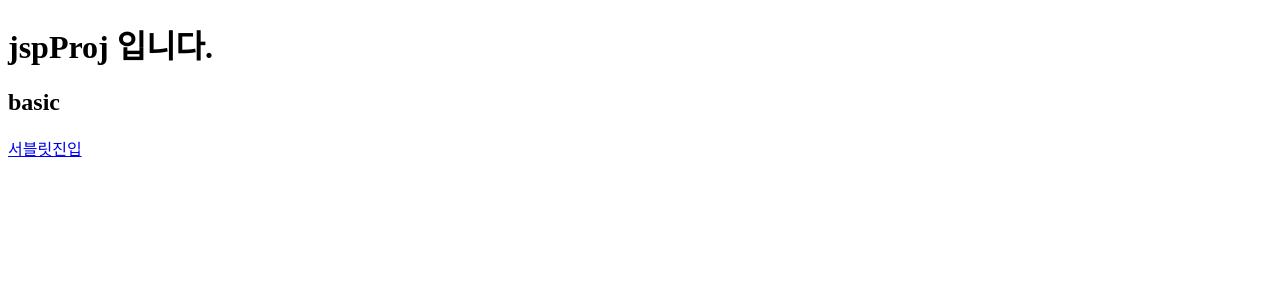
Repository: eunburi/java_work
Page: http://localhost/jspProj/
An editor plug-in stored every save of this project. The page is shown before and after the next save, followed by the edit.
The browser window is 1280 px wide. The pictures show the whole page.
The page is served by Tomcat 9. Other server files are loaded and not shown.

Above is the page before, as saved 2023-07-25 03:33:12.

### jspProj/src/main/webapp/index.jsp
<%@ page language="java" contentType="text/html; charset=UTF-8"
    pageEncoding="UTF-8"%>
<!DOCTYPE html>
<html>
<head>
<meta charset="UTF-8">
<title>jsproJ입니다.</title>
</head>
<body>
<h1>jspProj 입니다.</h1>
<h2>basic</h2>
<a href="basic/First">서블릿진입</a>

</body>
</html>

After the next save:
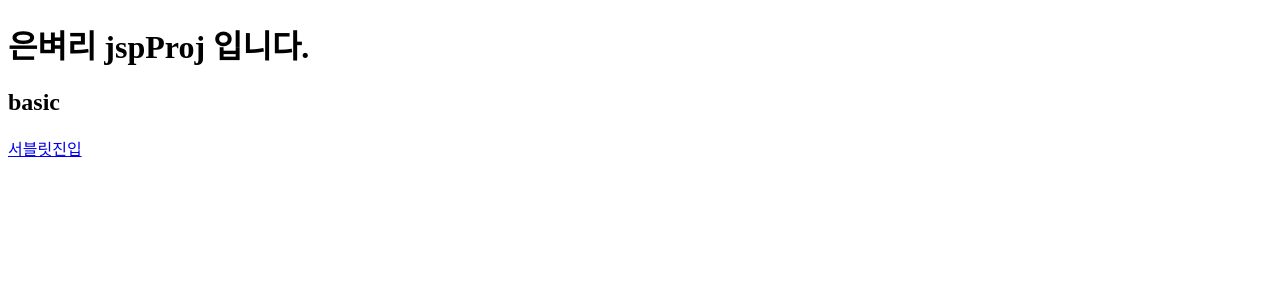
Saved 21 min 43 s later.
--- a/jspProj/src/main/webapp/index.jsp
+++ b/jspProj/src/main/webapp/index.jsp
@@ -7,7 +7,7 @@
 <title>jsproJ입니다.</title>
 </head>
 <body>
-<h1>jspProj 입니다.</h1>
+<h1>은벼리 jspProj 입니다.</h1>
 <h2>basic</h2>
 <a href="basic/First">서블릿진입</a>
 
